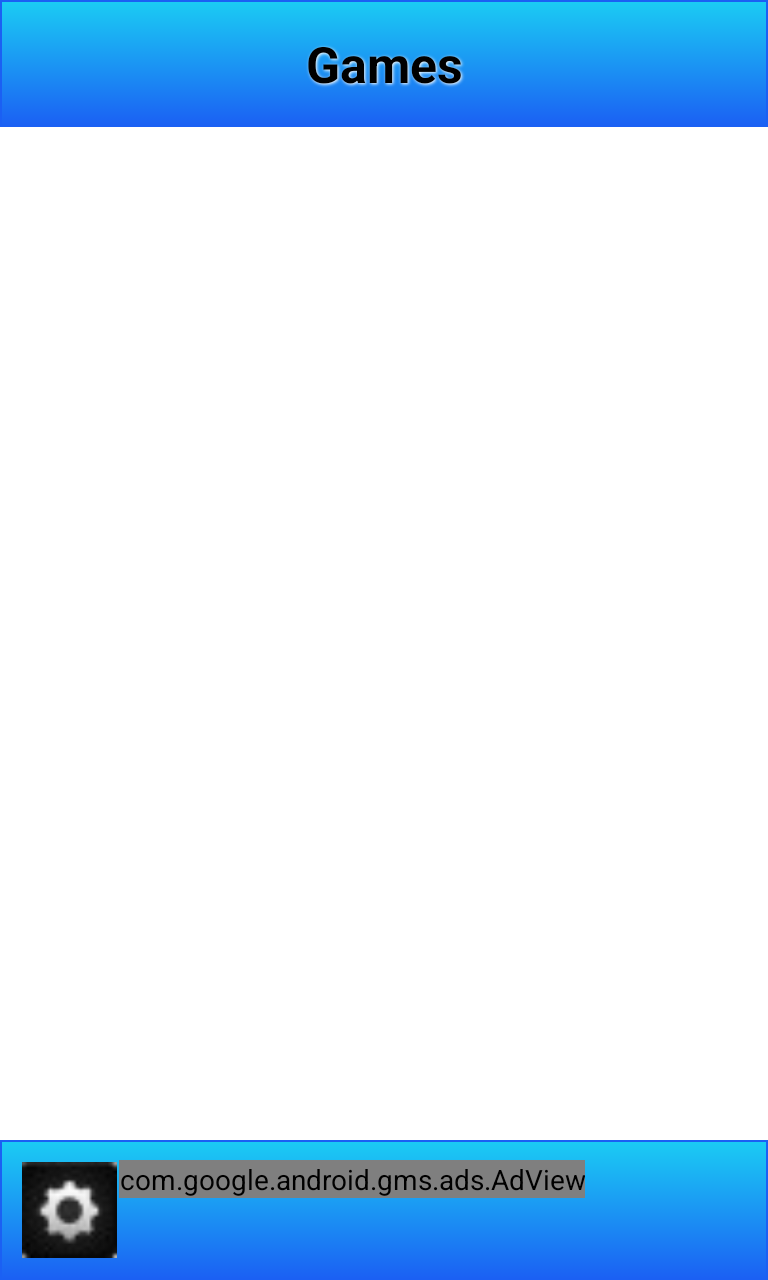
Repository: yuanpeixin/Project
Layout: GameForum/res/layout/game_list.xml
The author's editor kept a copy of each file at every save. The layout is drawn from the files as they stood at one save, then again after the next save.
Pictures or frames that could not be fetched are drawn as grey boxes. It is drawn on a 768 x 1280 px phone screen (xhdpi) without system bars, with theme AppTheme; the app's code is not run. Lists and similar views that code fills are empty.

Above is the layout before, as saved 2015-10-07 04:09:17.

### GameForum/res/layout/game_list.xml
<?xml version="1.0" encoding="utf-8"?>
<RelativeLayout xmlns:android="http://schemas.android.com/apk/res/android"
    xmlns:ads="http://schemas.android.com/apk/res-auto"
    android:layout_width="match_parent"
    android:layout_height="match_parent"
    android:background="#fff" >

    <LinearLayout
        android:id="@+id/gl_top_layover"
        android:layout_width="fill_parent"
        android:layout_height="wrap_content"
        android:layout_alignParentLeft="true"
        android:layout_alignParentTop="true"
        android:background="@drawable/blue_gradient"
        android:orientation="horizontal" >

        <TextView
            style="@style/BlackText"
            android:layout_height="wrap_content"
            android:layout_gravity="center"
            android:gravity="center"
            android:text="Games"
            android:textAppearance="?android:attr/textAppearanceLarge" />
    </LinearLayout>

    <ListView
        android:id="@android:id/list"
        android:layout_width="fill_parent"
        android:layout_height="wrap_content"
        android:layout_above="@+id/gl_bottom_layover"
        android:layout_below="@+id/gl_top_layover"
        android:background="#fff"
        android:divider="@android:color/transparent"
        android:scrollbars="none" />

    <LinearLayout
        android:id="@+id/gl_bottom_layover"
        android:layout_width="fill_parent"
        android:layout_height="wrap_content"
        android:layout_alignParentBottom="true"
        android:layout_alignParentLeft="true"
        android:background="@drawable/blue_gradient"
        android:orientation="horizontal"
        android:weightSum="4" >

        <LinearLayout
            android:layout_width="wrap_content"
            android:layout_height="wrap_content"
            android:layout_weight="1"
            android:orientation="vertical" >

            <Button
                android:id="@+id/gl_setting"
                style="@style/WhiteText"
                android:layout_width="wrap_content"
                android:layout_height="wrap_content"
                android:layout_gravity="left"
                android:background="@drawable/setting" />
        </LinearLayout>

        <LinearLayout
            android:layout_width="match_parent"
            android:layout_height="fill_parent"
            android:layout_weight="2"
            android:orientation="vertical" >

            <com.google.android.gms.ads.AdView
                android:id="@+id/adView"
                android:layout_width="wrap_content"
                android:layout_height="wrap_content"
                ads:adSize="BANNER"
                ads:adUnitId="@string/banner_ad_unit_id" >
            </com.google.android.gms.ads.AdView>
        </LinearLayout>

        <LinearLayout
            android:layout_width="wrap_content"
            android:layout_height="wrap_content"
            android:layout_weight="1"
            android:orientation="vertical" >
        </LinearLayout>
    </LinearLayout>

</RelativeLayout>

### GameForum/res/values/styles.xml
<resources>

    <!--
        Base application theme, dependent on API level. This theme is replaced
        by AppBaseTheme from res/values-vXX/styles.xml on newer devices.

    -->
    <style name="AppBaseTheme" parent="android:Theme.Light">
        <!--
            Theme customizations available in newer API levels can go in
            res/values-vXX/styles.xml, while customizations related to
            backward-compatibility can go here.

        -->
    </style>

    <!-- Application theme. -->
    <style name="AppTheme" parent="AppBaseTheme">
        <!-- All customizations that are NOT specific to a particular API-level can go here. -->
    </style>

    <style name="WhiteText">
        <item name="android:layout_width">fill_parent</item>
        <item name="android:layout_height">wrap_content</item>
        <item name="android:textColor">#ffffff</item>
        <item name="android:gravity">center</item>
        <item name="android:layout_margin">1dp</item>
        <item name="android:textSize">18sp</item>
        <item name="android:textStyle">bold</item>
        <item name="android:shadowColor">#000000</item>
        <item name="android:shadowDx">1</item>
        <item name="android:shadowDy">1</item>
        <item name="android:shadowRadius">2</item>
    </style>

    <style name="BlackText">
        <item name="android:layout_width">fill_parent</item>
        <item name="android:layout_height">wrap_content</item>
        <item name="android:textColor">#000000</item>
        <item name="android:gravity">center</item>
        <item name="android:layout_margin">5dp</item>
        <item name="android:textSize">25sp</item>
        <item name="android:textStyle">bold</item>
        <item name="android:shadowColor">#ffffff</item>
        <item name="android:shadowDx">1</item>
        <item name="android:shadowDy">1</item>
        <item name="android:shadowRadius">2</item>
    </style>



</resources>

### GameForum/res/drawable-hdpi/blue_gradient.xml
<?xml version="1.0" encoding="utf-8"?>
<selector xmlns:android="http://schemas.android.com/apk/res/android">

    <item android:state_pressed="true"><shape>
            <solid android:color="#1bccf3" />

            <stroke android:width="1dp" android:color="#1b60f3" />

            <padding android:bottom="10dp" android:left="10dp" android:right="10dp" android:top="10dp" />
        </shape></item>
    <item><shape>
            <gradient android:angle="270" android:endColor="#1b60f3" android:startColor="#1bccf3" />

            <stroke android:width="1dp" android:color="#1b60f3" />

            <padding android:bottom="10dp" android:left="10dp" android:right="10dp" android:top="10dp" />
        </shape></item>

</selector>

### GameForum/res/values/strings.xml
<resources>

    <string name="app_name">GameForum</string>
    <string name="username_textview">Username:</string>
    <string name="password_textview">Password:</string>
    <string name="submit">Submit</string>

    <!-- string ids for home.xml -->
    <string name="post_comment">Post Comment</string>
    <string name="read_comments_title">Recent Comments</string>
    <string name="passwords_not_same">Passwords don\'t match</string>
	<string name="banner_ad_unit_id">ca-app-pub-3673983865885023/6245257391</string>
</resources>

Loaded but not shown: GameForum/res/values-v11/styles.xml (common file); GameForum/res/values-v14/styles.xml (common file)

After the next save:
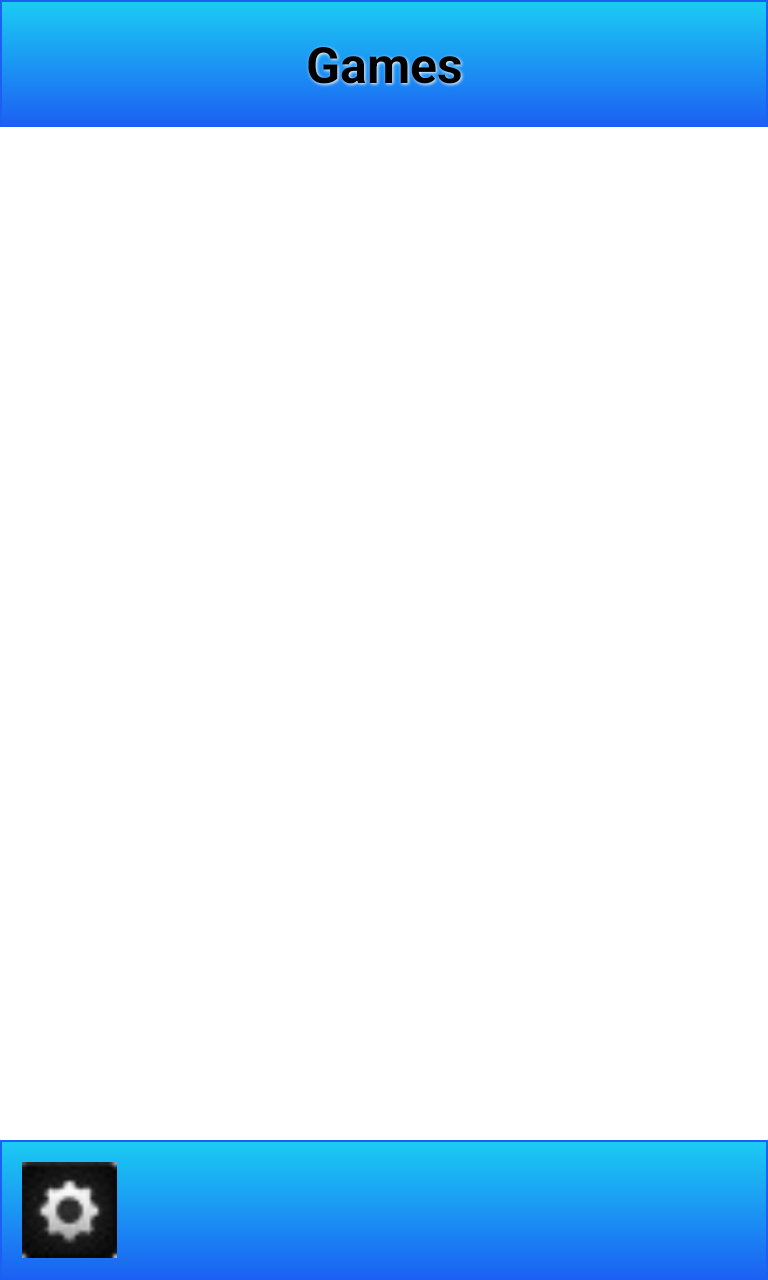
Saved 13 min 43 s later.
--- a/GameForum/res/layout/game_list.xml
+++ b/GameForum/res/layout/game_list.xml
@@ -63,14 +63,6 @@
             android:layout_height="fill_parent"
             android:layout_weight="2"
             android:orientation="vertical" >
-
-            <com.google.android.gms.ads.AdView
-                android:id="@+id/adView"
-                android:layout_width="wrap_content"
-                android:layout_height="wrap_content"
-                ads:adSize="BANNER"
-                ads:adUnitId="@string/banner_ad_unit_id" >
-            </com.google.android.gms.ads.AdView>
         </LinearLayout>
 
         <LinearLayout
